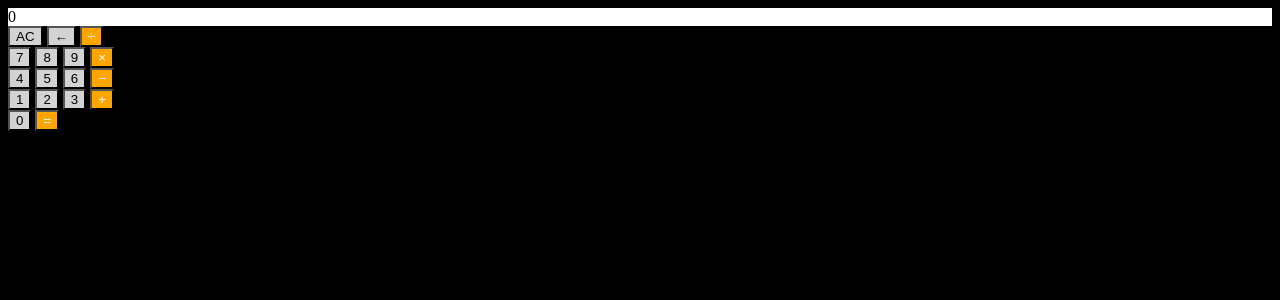
Repository: KaylaDamons/LAB-calculator
Page: index.html
An editor plug-in stored every save of this project. The page is shown before and after the next save, followed by the edit.
The browser window is 1280 px wide. The pictures show the whole page.

Above is the page before, as saved 2024-01-13 18:38:25.

After the next save:
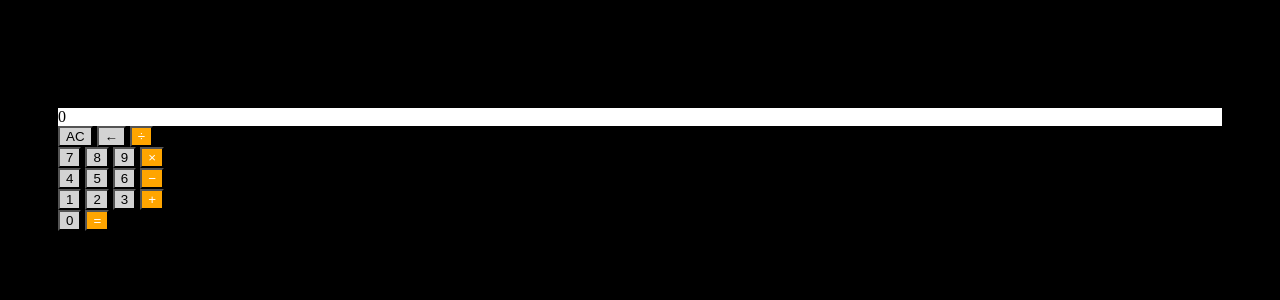
Saved 2 min 30 s later.
--- a/main.css
+++ b/main.css
@@ -2,6 +2,12 @@
  body {
   background-color:black;
  }
+ .wrapper {
+  padding-top: 100px;
+  padding-bottom: 100px;
+  padding-left: 50px;
+  padding-right: 50px;
+}
 
 
 .sumbar {
@@ -15,6 +21,3 @@
 .button {
   background-color:lightgray;
 }
-.buttonrow1 {
-  align-items: center;
-}
